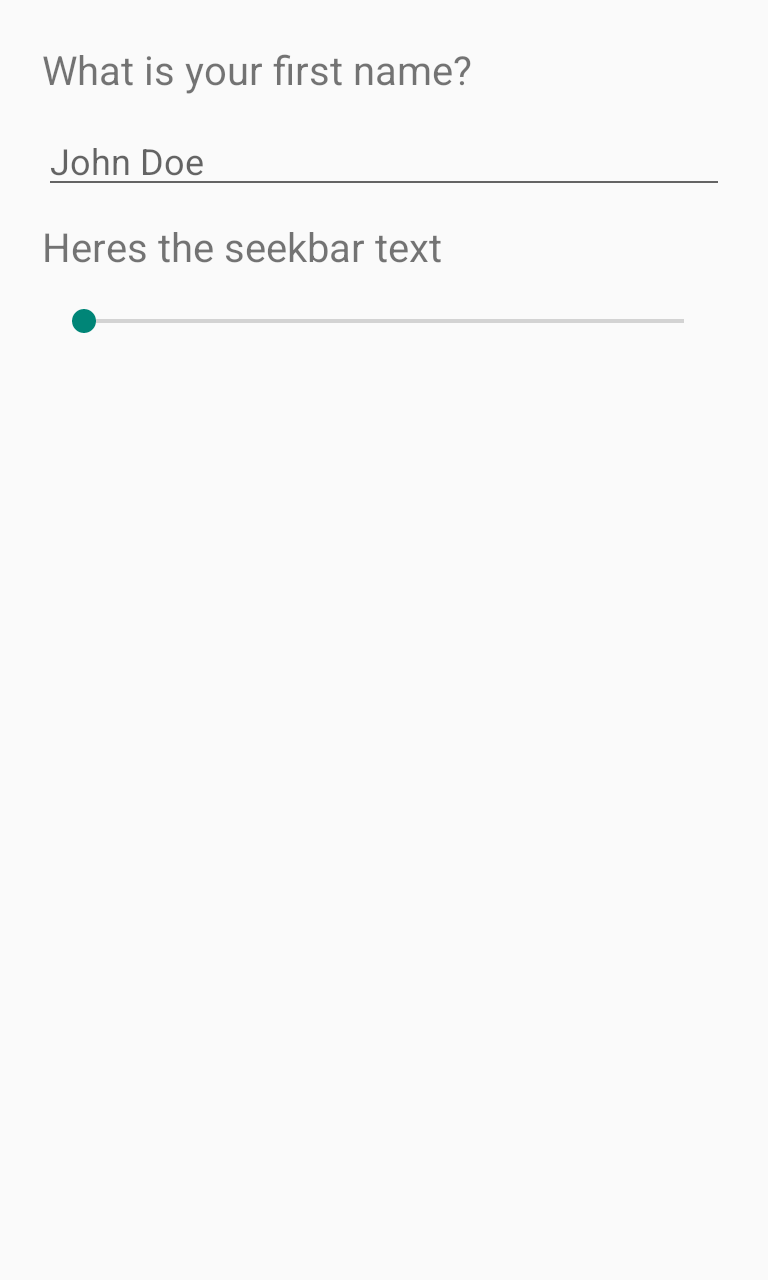
Repository: joshbarry/HackVT_2014
Layout: Android/HackVTKarma/res/layout/fragment_main.xml
The author's editor kept a copy of each file at every save. The layout is drawn from the files as they stood at one save, then again after a run of saves.
It is drawn on a 768 x 1280 px phone screen (xhdpi) without system bars, with theme AppTheme; the app's code is not run.

Above is the layout before, as saved 2014-10-10 22:28:05.

After the next 3 saves:
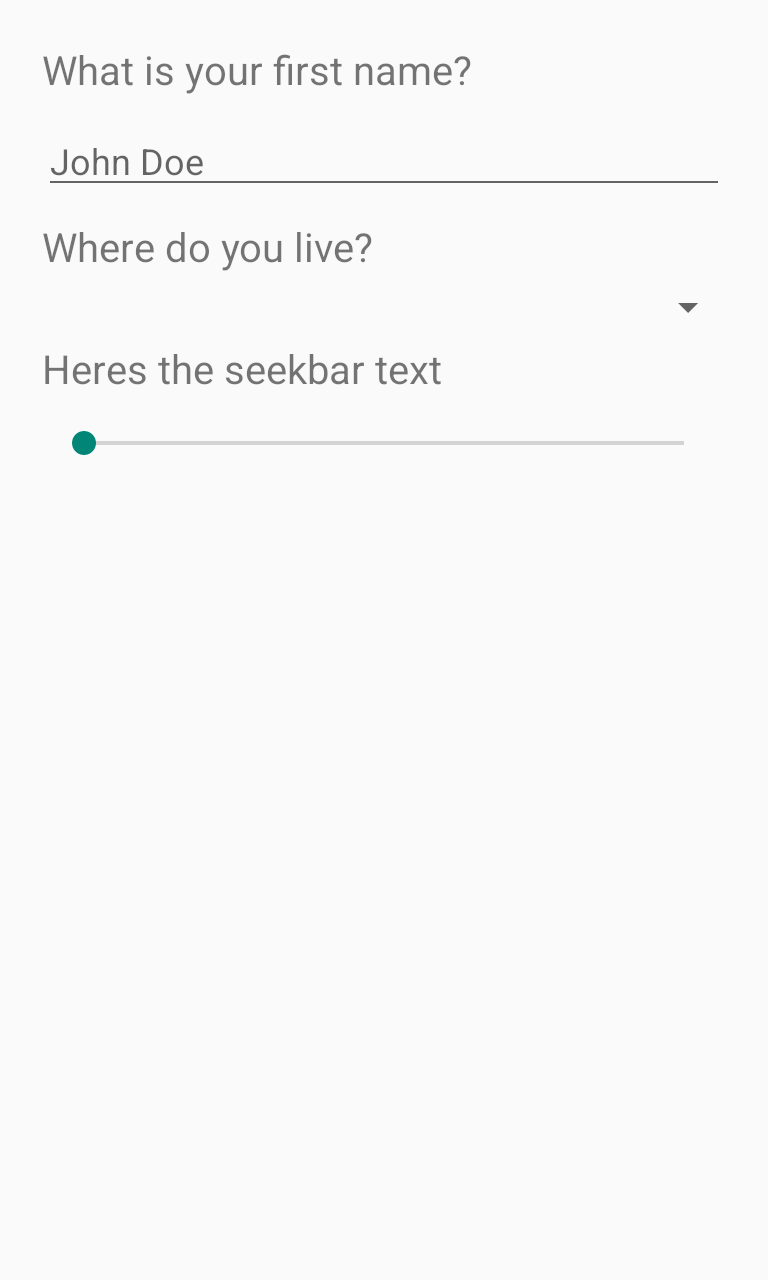
The 3 saves are shown as one change because 2 did not build or start.
The last was saved 30 min 49 s later.
--- a/Android/HackVTKarma/res/layout/fragment_main.xml
+++ b/Android/HackVTKarma/res/layout/fragment_main.xml
@@ -25,11 +25,27 @@
         android:layout_height="wrap_content"
         android:hint="@string/first_name_hint"/>
 
+    <TextView
+        android:id="@+id/town"
+        android:layout_below="@+id/firstNameEditText"
+        android:textSize="20sp"
+        android:layout_margin="5dp"
+        android:layout_width="wrap_content"
+        android:layout_height="wrap_content"
+        android:text="@string/address" />
+
+	<Spinner
+	    android:id="@+id/townSpinner"
+	    android:layout_below="@+id/town"
+	    android:layout_width="match_parent"
+	    android:layout_height="wrap_content"
+	    android:prompt="@string/town_prompt"/>
+
    	<TextView
         android:id="@+id/seekbar_text"
         android:textSize="20sp"
         android:layout_margin="5dp"
-        android:layout_below="@+id/firstNameEditText"
+        android:layout_below="@+id/townSpinner"
         android:layout_width="wrap_content"
         android:layout_height="wrap_content"
         android:text="@string/seekbar_text" />
--- a/Android/HackVTKarma/res/values/strings.xml
+++ b/Android/HackVTKarma/res/values/strings.xml
@@ -7,5 +7,7 @@
     <string name="seekbar_text">Heres the seekbar text</string>
     <string name="first_name">What is your first name?</string>
     <string name="first_name_hint">John Doe</string>
+    <string name="address">Where do you live?</string>
+    <string name="town_prompt">Pick your town</string>
 
 </resources>
